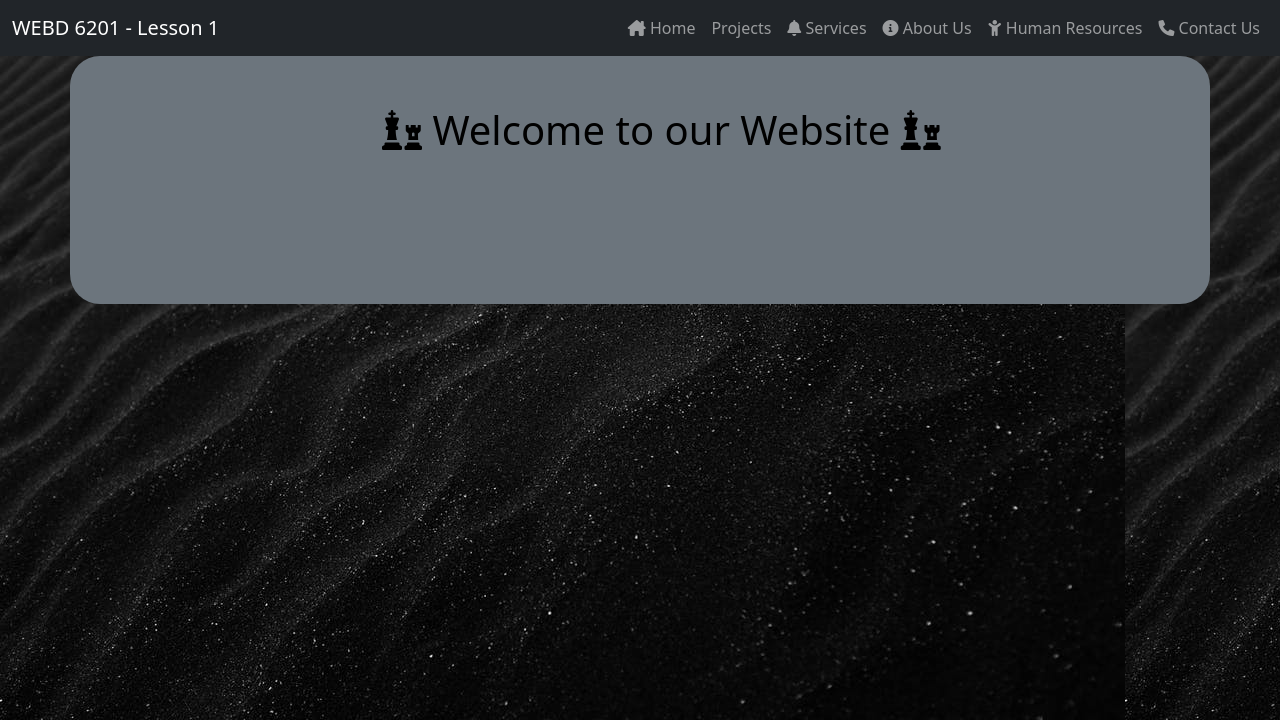
Repository: devanshudave1901/DevanshuDave_AngaranYogeswaranLab2
Page: index.html
An editor plug-in stored every save of this project. The page is shown before and after the next save, followed by the edit.
The browser window is 1280 px wide. The pictures show the whole page.

Above is the page before, as saved 2022-02-11 21:47:44.

### index.html
<!DOCTYPE html>
<html lang="en">
  <head>
    <meta charset="UTF-8" />
    <meta http-equiv="X-UA-Compatible" content="IE=edge" />
    <meta name="viewport" content="width=device-width, initial-scale=1.0" />
    <title>Home</title>
    <link
      rel="stylesheet"
      href="./node_modules/bootstrap/dist/css/bootstrap.min.css"
    />
    <link
      rel="stylesheet"
      href="./node_modules/@fortawesome/fontawesome-free/css/all.min.css"
    />
    <link rel="stylesheet" href="./Content/app.css" />
    <script src="./Scripts/app.js"></script>
  </head>
  <body>
    <nav class="navbar navbar-expand-lg navbar-dark bg-dark">
      <div class="container-fluid">
        <a class="navbar-brand" href="#">WEBD 6201 - Lesson 1</a>
        <button
          class="navbar-toggler"
          type="button"
          data-bs-toggle="collapse"
          data-bs-target="#navbarSupportedContent"
          aria-controls="navbarSupportedContent"
          aria-expanded="false"
          aria-label="Toggle navigation"
        >
          <span class="navbar-toggler-icon"></span>
        </button>
        <div class="collapse navbar-collapse" id="navbarSupportedContent">
          <ul class="navbar-nav ms-auto">
            <li class="nav-item active">
              <a class="nav-link" aria-current="page" href="./index.html"
                ><i class="fa-solid fa-house-chimney"></i> Home</a
              >
            </li>

            <li class="nav-item">
              <a class="nav-link" id="productsLink" href="./products.html"
                ><i class="fa-solid fa-th"></i> Products</a
              >
            </li>
            <li class="nav-item">
              <a class="nav-link" href="./services.html"
                ><i class="fa-solid fa-bell"></i> Services</a
              >
            </li>
            <li class="nav-item">
              <a class="nav-link" href="./about.html">
                <i class="fa-solid fa-circle-info"></i> About Us</a
              >
            </li>
            <li class="nav-item" id="humanResources"></li>
            <li class="nav-item">
              <a class="nav-link" href="./contact.html">
                <i class="fa-solid fa-phone"></i> Contact Us</a
              >
            </li>
          </ul>
        </div>
      </div>
    </nav>

    <div class="jumbotron bg-secondary container" id="contentArea">
      <h1 id="heading3"></h1>
    </div>
    <!-- 3RD Party Library-->
    <script src="./node_modules/jquery/dist/jquery.min.js"></script>
    <script src="./node_modules/bootstrap/dist/js/bootstrap.min.js"></script>
  </body>
</html>

### Content/app.css
#Contactform {
  padding: 10px 90px 50px 100px;
}
#Contactform label {
  color: cornsilk;
  padding-bottom: 10px;
  padding-top: 10px;
}

#Contactform button {
  margin-top: 20px;
  margin-left: 500px;
}
.formInputBox {
  padding-left: 60px;
  margin: 8px 0;
  border: dashed;
  box-sizing: border-box;
}

#contactId {
  padding-left: 520px;
  color: black;
}

* {
  box-sizing: border-box;
}

.column {
  float: left;
  width: 33.33%;
  padding: 20px;
}

/* Clearfix (clear floats) */
.row::after {
  content: "";
  clear: both;
  display: table;
}

#pArea {
  padding-top: 40px;
  padding-left: 250px;
  padding-bottom: 100px;
}
#pArea1 {
  padding-top: 40px;
  padding-left: 150px;
  padding-bottom: 100px;
  padding-right: 90px;
}
#contentArea {
  border-radius: 30px;
  color: white;
}

#aboutId {
  padding-left: 520px;
  color: black;
}
#serviceID {
  padding-left: 520px;
  color: black;
}
#projectsID {
  padding-left: 520px;
  color: black;
}
#heading1 {
  color: white;
  padding-left: 5px;
  padding-top: 50px;
  padding-bottom: 20px;
}
#heading2 {
  padding-top: 50px;
}
#resumeLink {
  padding-top: 20px;
}
img {
  background-repeat: no-repeat;
}
#heading3 {
  color: black;
  padding-top: 50px;
  padding-left: 300px;
  padding-right: 100px;
  padding-bottom: 150px;
}

### Scripts/app.js
window.addEventListener("load", start);

var PageTimer = 0;
// Calling this function ever seo
function formTimer() {
  window.setInterval("updateTime()", 1000);
}

function updateTime() {
  ++PageTimer;

  if (PageTimer == 3) {
    window.location.href = "./index.html";
  }
}

function contactPage() {
  // alert(document.title);
  //Variable that is used to get the Element of the contactId
  var contactId = document.getElementById("contactId");
  //Setting the innnerHTMl of the contactId to have say contact us and show favicon
  contactId.innerHTML = " <i class = 'fa-solid fa-comments'></i> Contact Us";

  var currentLink1 = document.getElementById("productsLink");
  // alert(currentLink1.textContent);
  currentLink1.textContent = "";
  // need to add the icon in js
  // currentLink1.textContent = "<i class='fa-solid fa-th'></i>";
  currentLink1.textContent = "Projects";

  var humanResourcesLink = document.getElementById("humanResources");
  humanResourcesLink.innerHTML =
    " <a class='nav-link' href='#'> <i class = 'fa-solid fa-child'></i> Human Resources</a>";
  var submitButtonClick = document.getElementById("submitButton");
  submitButtonClick.addEventListener("click", function (event) {
    event.preventDefault();
    var inputName = document.getElementById("InputName").value;
    var inputEmailAddress = document.getElementById("InputEmail1").value;
    var inputNumber = document.getElementById("InputNumber").value;
    var inputMessage = document.getElementById("InputMessage").value;

    console.log(
      "User Form Input" +
        "\n Name of the User: " +
        inputName +
        "\n Number of the User: " +
        inputNumber +
        "\n Email of the User: " +
        inputEmailAddress +
        "\n Message of the User: " +
        inputMessage
    );
    //Setting the value of Input Name,Email,Number,and Message to blank
    document.getElementById("InputName").value = "";
    document.getElementById("InputEmail1").value = "";
    document.getElementById("InputNumber").value = "";
    document.getElementById("InputMessage").value = "";

    formTimer();
  });
  //Set the background of the page to the dc logo
  document.body.style.backgroundImage = "url('images/bgImage1.jpeg')";
  document.body.style.backgroundRepeat = "repeat";
}
function productPage() {
  //get the element of the projectID
  var projectsHeading = document.getElementById("projectsID");
  //Set the InnnerHtml to show box favicon and Our Projects text
  projectsHeading.innerHTML = " <i class = 'fa-solid fa-box'></i> Our Projects";

  var currentLink1 = document.getElementById("productsLink");
  // alert(currentLink1.textContent);
  currentLink1.textContent = "";
  // need to add the icon in js
  // currentLink1.textContent = "<i class='fa-solid fa-th'></i>";
  currentLink1.textContent = "Projects";
  //storing element of humanResources id in the humanResourcesLink
  var humanResourcesLink = document.getElementById("humanResources");
  //Setting the innnerHTML of the humanResourcesLink to print favicon and Human Resources text
  humanResourcesLink.innerHTML =
    " <a class='nav-link' href='#'> <i class = 'fa-solid fa-child'></i> Human Resources</a>";
  //setting the background image to the dc logo Jpeg
  document.body.style.backgroundImage = "url('images/dc logo.jpg')";
  //Storing the Element of paragraph1 in the paragraph1 variable
  var paragraph1 = document.getElementById("paragraph1");
  //Storing the text in the innerHTML of the paragraph1
  paragraph1.innerHTML =
    "This was one of our first programming assignments in this Durham College Program" +
    " and this was one of the first assignments that we both really enjoyed building with" +
    " in the Python Programming Language.";
  //Storing the Element of paragraph2 in the paragraph2 variable
  var paragraph2 = document.getElementById("paragraph2");
  //Storing the text in the innerHTML of the paragraph2
  paragraph2.innerHTML =
    "This was one assignment that we had to do for our Systems" +
    " Automation class we enjoyed this assignemnt becuase it was great" +
    " to learn about this new technology that we could use for testing" +
    " websites and applications.";
  //Storing the Element of paragraph3 in the paragraph3 variable
  var paragraph3 = document.getElementById("paragraph3");
  //Storing the text in the innerHTML of the paragraph3
  paragraph3.innerHTML =
    "This was our Linux assignment where we had to use packet managers" +
    " to find applications and install them using Command Line prompts in" +
    " the Linux operating system. This was one of our favourites becuase" +
    " it was great to learn about the Linux operating system becuase it" +
    " was new to us.";
}

function servicePage() {
  //Storing the Element of paragraph1 in the paragraph1 variable
  var ServiceHeading = document.getElementById("serviceID");
  //Setting the innerHTML of ServiceHeading to truck favicon and to print Our Services
  ServiceHeading.innerHTML =
    " <i class = 'fa-solid fa-truck'></i> Our Services";
  //Storing the Element of productsLink to currentLink1 variable
  var currentLink1 = document.getElementById("productsLink");
  //Setting the textContent of the currentLink1 to nothing
  currentLink1.textContent = "";
  // need to add the icon in js
  // currentLink1.textContent = "<i class='fa-solid fa-th'></i>";
  currentLink1.textContent = "Projects";
  //Storing the element of the humanResources to the humanResourcesLink
  var humanResourcesLink = document.getElementById("humanResources");
  //Setting the innnerHTML of the humanResourcesLink to print favicon and Human Resources
  humanResourcesLink.innerHTML =
    " <a class='nav-link' href='#'> <i class = 'fa-solid fa-child'></i> Human Resources</a>";
  //Set background to dc logo image.
  document.body.style.backgroundImage = "url('images/dc logo.jpg')";
  //Storing the element of paragraph4 to the paragraph4 variable
  var paragraph4 = document.getElementById("paragraph4");
  //storing text in paragraph4 innerHTML
  paragraph4.innerHTML =
    "One of the services that we provide is custom programming for any project:" +
    "that you need for any size whether its for a big company or small company" +
    "with only few people.";
  //Storing the element of paragraph5 to the paragraph5 variable
  var paragraph5 = document.getElementById("paragraph5");
  //Storing text in paragraph5 innerHTML
  paragraph5.innerHTML =
    "Mobile Development is another one of our services that we provide" +
    "because many of our clients need mobile applications for their " +
    "business needs.";
  //Storing the element of paragraph6 to paragraph6 variable
  var paragraph6 = document.getElementById("paragraph6");
  //Storing text in paragraph6 innerHTML
  paragraph6.innerHTML =
    "Web-Development is another one of our major services that we provide" +
    "because alot of our clients enjoy how we build websites and appreciate" +
    "our website design.";
}
function aboutPage() {
  //Storing element of aboutId in getHeading
  var getHeading = document.getElementById("aboutId");
  //setting getHeading of innerHTML to print About us and Favicon
  getHeading.innerHTML = "  <i class = 'fa-solid fa-user'></i> About Us";
  //Store element of productsLink in currentLink1 variable
  var currentLink1 = document.getElementById("productsLink");
  // alert(currentLink1.textContent);
  //Set textContent of currentLink1 to blank
  currentLink1.textContent = "";
  // need to add the icon in js
  // currentLink1.textContent = "<i class='fa-solid fa-th'></i>";
  //set textContent of currentLink1 to projects
  currentLink1.textContent = "Projects";

  var humanResourcesLink = document.getElementById("humanResources");
  humanResourcesLink.innerHTML =
    " <a class='nav-link' href='#'> <i class = 'fa-solid fa-child'></i> Human Resources</a>";
  document.body.style.backgroundImage = "url('images/dc logo.jpg')";
  var heading1;

  var heading2;
  heading1 = document.getElementById("heading1");
  heading1.innerHTML =
    "This is a picture of Angaran. Angaran is a 2nd year student in the Computer Programmer Analyst Program" +
    "at Durham College. His Hobbies include playing sports and watching movies. Here is a link to his resume";

  heading2 = document.getElementById("heading2");
  heading2.innerHTML =
    "This is a picture of Devanshu. Devanshu is a second year student in the Durham College " +
    "Computer Programmer Analyst Program. His Hobbies inlcude playing games and programming.";
}

function homePage() {
  var currentLink1 = document.getElementById("productsLink");

  currentLink1.textContent = "";

  // need to add the icon in js
  // currentLink1.textContent = "<i class='fa-solid fa-th'></i>";
  currentLink1.textContent = "Projects";

  var humanResourcesLink = document.getElementById("humanResources");
  humanResourcesLink.innerHTML =
    " <a class='nav-link' href='#'> <i class = 'fa-solid fa-child'></i> Human Resources</a>";

  document.body.style.backgroundImage = "url('images/dc logo.jpg')";
  var heading3;

  heading3 = document.getElementById("heading3");
  heading3.innerHTML =
    "<i class = 'fa-solid fa-chess'></i> Welcome to our Website <i class = 'fa-solid fa-chess'></i>";
  document.body.style.backgroundImage = "url('images/bgImage1.jpeg')";
  document.body.style.backgroundRepeat = "repeat";
}
function start() {
  switch (document.title) {
    case "Home":
      homePage();
      break;
    case "Services":
      servicePage();

      break;
    case "Products":
      productPage();
      break;
    case "Contact Us":
      contactPage();
      break;
    case "About Us":
      aboutPage();
      break;
  }
}

Loaded but not shown: node_modules/bootstrap/dist/css/bootstrap.min.css (library); node_modules/@fortawesome/fontawesome-free/css/all.min.css (library); node_modules/jquery/dist/jquery.min.js (library); node_modules/bootstrap/dist/js/bootstrap.min.js (library)

After the next save:
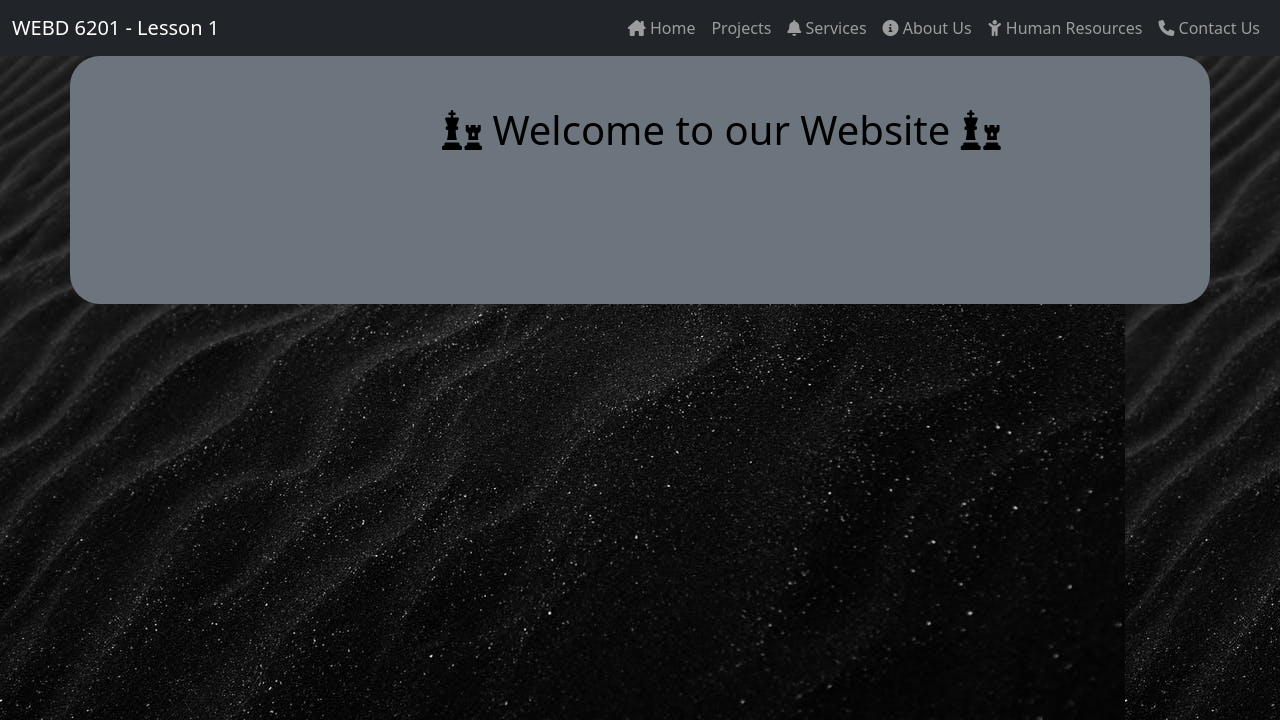
Saved 6 s later.
--- a/Content/app.css
+++ b/Content/app.css
@@ -86,7 +86,7 @@ img {
 #heading3 {
   color: black;
   padding-top: 50px;
-  padding-left: 300px;
+  padding-left: 360px;
   padding-right: 100px;
   padding-bottom: 150px;
 }
